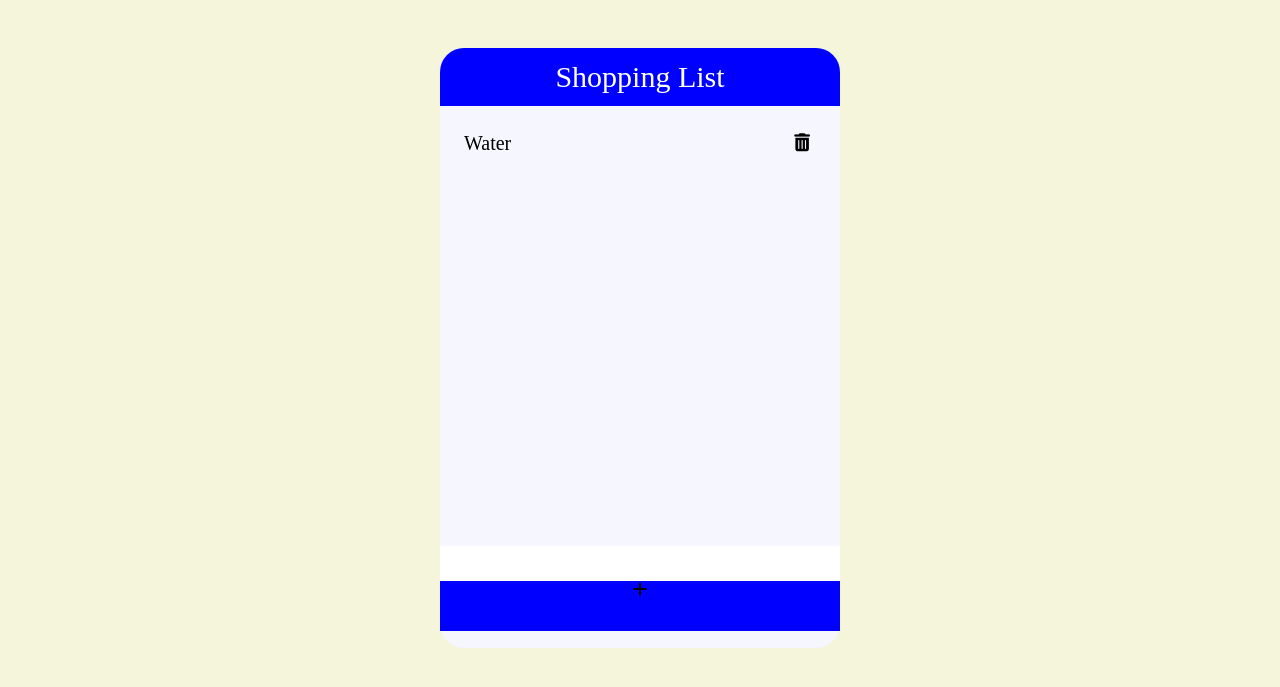
Repository: keehoonjung/Shopping-list
Page: index.html
These files come from the project's save history. The page is drawn as it stood at one moment and after a run of saves; the edit follows.
The browser window is 1280 px wide. The pictures show the whole page.
Some web libraries are served in a nearby version.

Above is the page before, as saved 2021-08-07 17:33:06.

### index.html
<!DOCTYPE html>
<html lang="en">
<head>
    <meta charset="UTF-8">
    <meta http-equiv="X-UA-Compatible" content="IE=edge">
    <meta name="viewport" content="width=device-width, initial-scale=1.0">
    <title>Shopping-list</title>
    <script src="main.js" defer></script>
    <link rel="stylesheet" href="style.css">
    <script src="https://kit.fontawesome.com/a7a8d59961.js" crossorigin="anonymous"></script>
</head>
<body>
    <div class="container">
        <div class="header">
            Shopping List
        </div>
        <section class="main">
            <ul class="main_list">
                <li>
                    <span> Water </span>
                    <button class="delete__Btn">
                        <i class="fas fa-trash-alt"></i>
                    </button>
                </li>
            </ul>
        </section>
        <input type="text" class="input_text">
        <div class="footer">
            <i class="fas fa-plus"></i>
        </div>
    </div>
</body>
</html>

### style.css
body {
  background-color: beige;
  text-align: center;
}

li {
  display: flex;
  justify-content: space-between;
  list-style: none;
  width: 100%;
}

button {
  cursor: pointer;
  border-style: none;
  background-color: transparent;
  font-size: 18px;
}

.container {
  margin: auto;
  background-color: rgb(246, 246, 255);
  height: 600px;
  width: 400px;
  border-radius: 24px;
  transform: translateY(40px);
}

.header {
  background-color: blue;
  font-size: 30px;
  color: white;
  border-top-left-radius: 24px;
  border-top-right-radius: 24px;
  padding: 12px 0;
}

.main {
  height: 420px;
}

.main_list {
  padding: 6px 24px;
  font-size: 20px;
}

.input_text {
  width: 100%;
  border-style: none;
  height: 35px;
  padding: 0;
}

.footer {
  background-color: blue;
  height: 50px;
}

Loaded but not shown: main.js (no stored copy; drawn as an empty file)

After the next 2 saves:
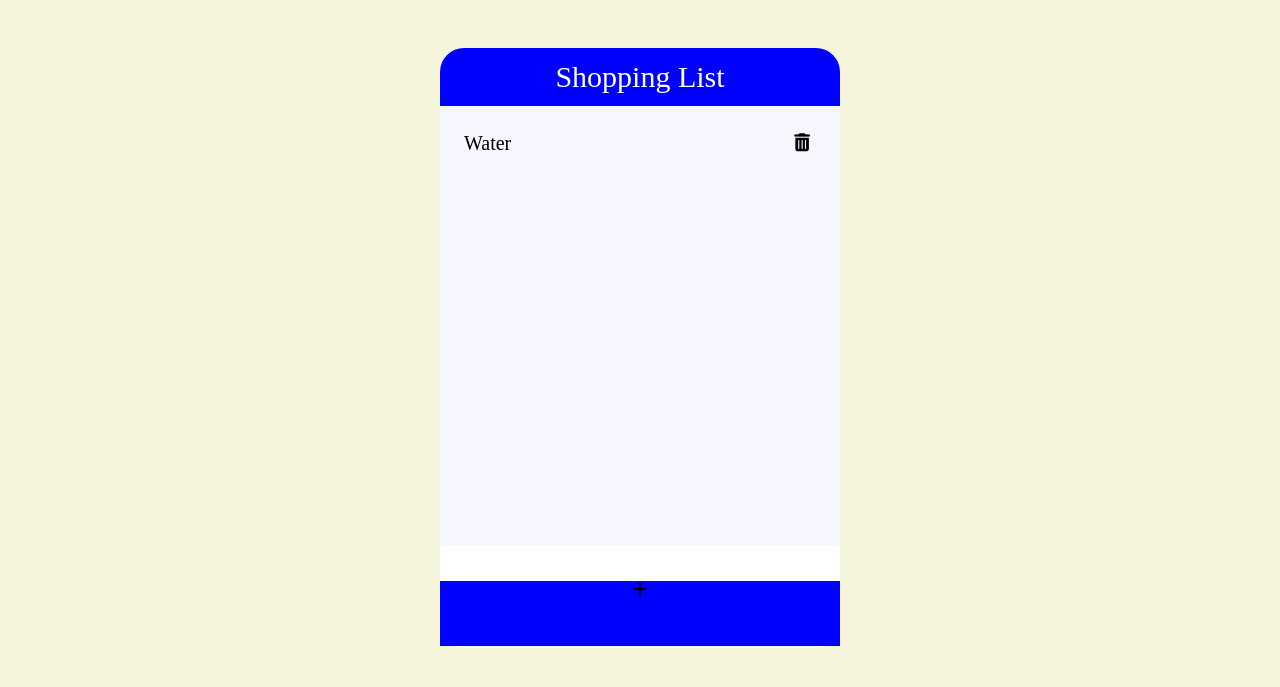
The 2 saves are shown as one change because they came seconds apart.
The last was saved 7 s later.
--- a/style.css
+++ b/style.css
@@ -53,5 +53,5 @@ button {
 
 .footer {
   background-color: blue;
-  height: 50px;
+  height: 65px;
 }
